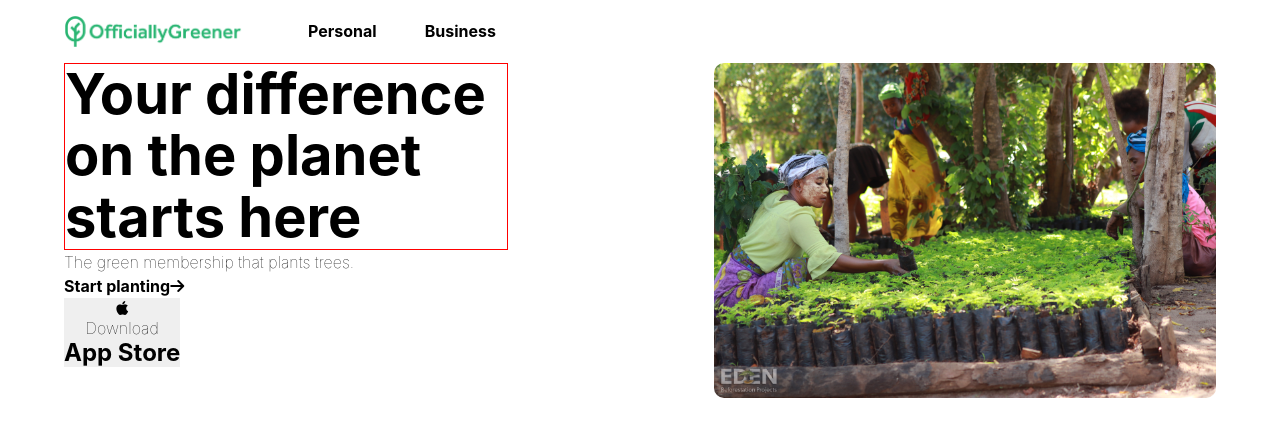
Repository: Sinkycode/Officially-Greener-v2
Page: index.html
These files come from the project's save history. The page is drawn as it stood at one moment and after the next save; the edit follows.
The browser window is 1280 px wide. The pictures show the whole page.
Some web libraries are served in a nearby version.

Above is the page before, as saved 2023-03-08 15:26:43.

### index.html
<!DOCTYPE html>
<html lang="en">
<head>
  <meta charset="UTF-8">
  <meta http-equiv="X-UA-Compatible" content="IE=edge">
  <meta name="viewport" content="width=device-width, initial-scale=1.0">
  <link rel="stylesheet" href="https://cdnjs.cloudflare.com/ajax/libs/font-awesome/6.3.0/css/all.min.css" integrity="sha512-SzlrxWUlpfuzQ+pcUCosxcglQRNAq/DZjVsC0lE40xsADsfeQoEypE+enwcOiGjk/bSuGGKHEyjSoQ1zVisanQ==" crossorigin="anonymous" referrerpolicy="no-referrer" />

  <link rel="stylesheet" href="style.css">
  <title>Officially Greener</title>
</head>
<body>
  <header>
    <div class="mobile">
      <img src="Logo/Officially Greener Transparent background.png" alt="" class="primary-logo logo">
      <i class="fa-sharp fa-solid fa-bars"></i>
    </div>

    <div class="desktop">
      <img src="Logo/Officially Greener Transparent background.png" alt="" class="primary-logo logo">
      <ul class="primary-nav">
        <li><a href="http://">Personal</a></li>
        <li><a href="http://">Business</a></li>
      </ul>
    </div>

  </header>

  <section id="landing-page">
   <div class="container">
    <div class="landing-page__image">
      <img src="Images/Magagascar.jpg" alt="">
    </div>
    <div class="landing-page__context">
     <div class="texts">
      <h1 class="big-txt">Your difference on the planet starts here</h1>
      <p class="gray-para">The green membership that plants trees.</p>
      <a href="#" class="simple-link">Start planting<i class="fa-sharp fa-solid fa-arrow-right"></i></a>
     </div>
     <button class="apple-btn">
      <i class="fa-brands fa-apple"></i>
      <div class="wrap">
        <p>Download</p>
        <h1>App Store</h1>
      </div>
     </button>
    </div>
   </div>
  </section>
  <section id="note"></section>
  <section id="personal"></section>
</body>
</html>

### style.css
:root {
  --neutral-100: hsl(0, 0%, 100%);
  --neutral-200: hsl(0, 0%, 80%);
  --neutral-400: hsl(0, 0%, 40%);
  --neutral-600: hsl(0, 0%, 20%);
  --neutral-800: hsl(0, 0%, 0%);

  --accent: hsl(153, 68%, 42%);

  --txt-size-200: .8rem;
  --txt-size-400: 1rem;
  --txt-size-500: 2rem;
  --txt-size-600: 3rem;
  --txt-size-800: 3.5rem;

}

*, *::after, *::before {
  box-sizing: border-box;
  margin: 0;
  padding: 0;
}

html, body {
  font-family: -apple-system, BlinkMacSystemFont, Segoe UI, Roboto, Oxygen, Ubuntu, Cantarell, Fira Sans, Droid Sans, Helvetica Neue, sans-serif;
  scroll-behavior: smooth;
  overflow-x: hidden;
}

body {
  line-height: 1.5;
  font-size: 16px;
}

/* CUSTOMIZATION */
img {
  max-width: 100%;
  display: block;
}

button, input {
  outline: none;
  border: none;
  /* background: transparent; */
  font-family: inherit;
  font-size: inherit;
  color: inherit;
}

ul, p {
  margin: 0;
  list-style: none;
  font-weight: 2

}

a {
  text-decoration: none;
  color: inherit;
  font-weight: bold;
}

h1,h2,h3 {
  margin: 0;
}

.container {
  max-width: 90%;
  margin: 0 auto;
}

.logo {
  width: clamp(180px, 1rem + 10vw, 300px);
}

.mobile {
  display: none;
}

.desktop {
  display: flex;
  align-items: center;
  gap: 4rem;
  padding-block: 1rem;
  padding-inline-start: 4rem;
  width: 50%;
}

.primary-nav {
  display: flex;
  gap: 3rem;
}

.big-txt {
  font-size: var(--txt-size-800);
}

/* ========= landign page ========= */
#landing-page .container {
  display: flex;
  gap: 1rem;
  /* border: 1px solid red; */
}

@media (min-width: 768px) {
  .landing-page__context {
    order: 1;
  }

  .landing-page__image {
    order: 2;
  }
}

.landing-page__context {
  max-width: 55%;
}

.landing-page__context .big-txt {
  border: 1px solid red;
  max-width: 70%;
  line-height: 1.1;
}

.landing-page__image {
  width: 50%;
  border-radius: 10px;
  overflow: hidden;
}

.landing-page__image img {
  height: 100%;
  object-fit: cover;
}

After the next save:
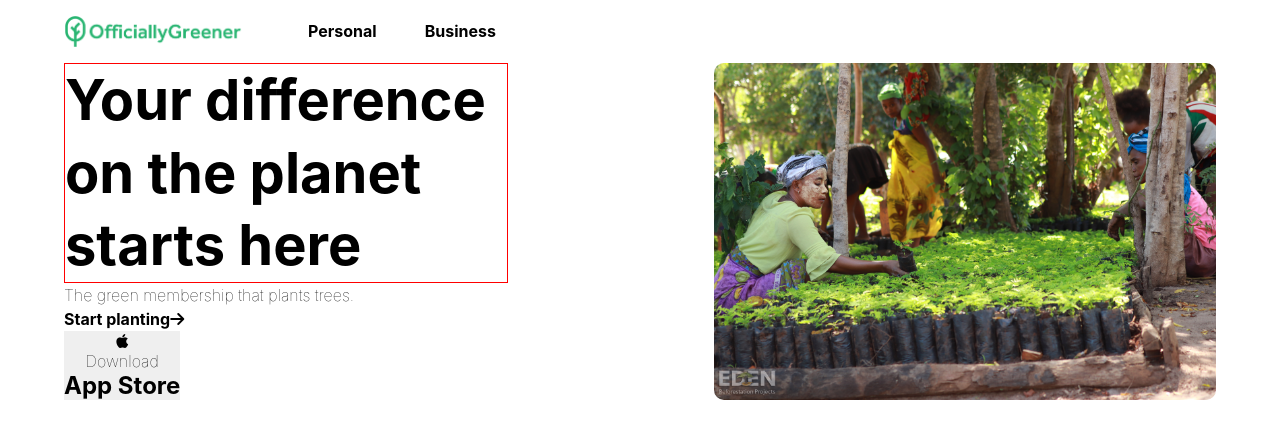
Saved 7 s later.
--- a/style.css
+++ b/style.css
@@ -119,7 +119,7 @@
 .landing-page__context .big-txt {
   border: 1px solid red;
   max-width: 70%;
-  line-height: 1.1;
+  line-height: 1.3;
 }
 
 .landing-page__image {
